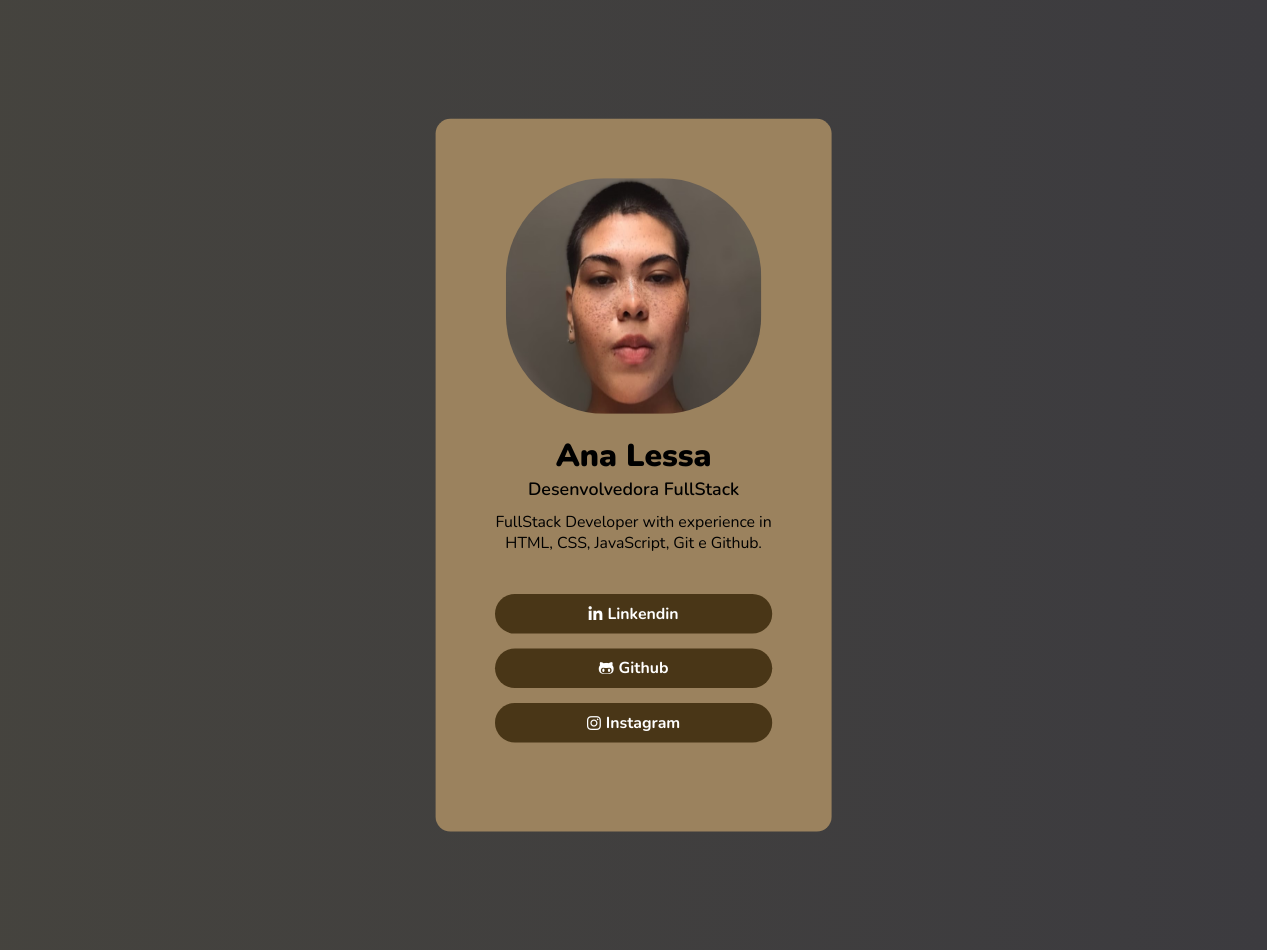
Repository: analessp/linktree
Page: index.html
The author's editor kept a copy of each file at every save. The page is drawn from the files as they stood at one save, then again after a run of saves.
The browser window is 1280 px wide. The pictures show the whole page, at 99% of full size.

Above is the page before, as saved 2025-04-11 11:34:54.

### index.html
<!DOCTYPE html>
<html lang="pt-BR">
<head>
    <meta charset="UTF-8">
    <meta name="viewport" content="width=device-width, initial-scale=1.0">
    <title>Linktree Ana Lessa</title>
    <link rel="stylesheet" href="style.css">
    <link rel="preconnect" href="https://fonts.googleapis.com">
    <link rel="preconnect" href="https://fonts.gstatic.com" crossorigin>
    <link href="https://fonts.googleapis.com/css2?family=Nunito:ital,wght@0,200..1000;1,200..1000&display=swap" rel="stylesheet">
    <link rel="stylesheet" href="https://cdnjs.cloudflare.com/ajax/libs/font-awesome/6.5.0/css/all.min.css">
</head>
<body>
    <div class="container-main">
    <div class="container-image">
        <img src="./assets/img.jpg" alt="Foto de Ana Lessa">
    </div>
    <div class="container-infos">
        <h1>Ana Lessa</h1>
        <h2>Desenvolvedora FullStack</h2>
    </div>
    <div class="container-easter-egg">
        <p>FullStack Developer with experience in HTML, CSS, JavaScript, Git e Github.</p>
    </div>
    <div class="container-social-links">
        <ul>
            <a href="https://www.linkedin.com/in/ana-lessa-2a312a253/" target="_blank">
            <li>
            <i class="fa-brands fa-linkedin-in"></i>
            <p>Linkendin</p>
            </li></a>
            <a href="https://github.com/analessp" target="_blank">
            <li>
            <i class="fa-brands fa-github-alt"></i>
            <p>Github</p>
            </li></a>
            <a href="https://www.instagram.com/analessp/" target="_blank">
            <li>
            <i class="fa-brands fa-instagram"></i>
            <p>Instagram</p>
            </li></a>
        </ul>
    </div>
    </div>
</body>
</html>

### style.css
* {
    font-family: "Nunito", sans-serif;
    margin: 0;
    padding: 0;
    box-sizing: border-box;
}

body {
    background: #3C3B3F;  /* fallback for old browsers */
background: -webkit-linear-gradient(to right, #605C3C, #3C3B3F);  /* Chrome 10-25, Safari 5.1-6 */
background: linear-gradient(to right, #605C3C, #3C3B3F); /* W3C, IE 10+/ Edge, Firefox 16+, Chrome 26+, Opera 12+, Safari 7+ */
animation: gradientShift 10s ease infinite;
    background-size: 400%;
}

@keyframes gradientShift {
    0% { background-position: 0% 50%; }
    50% { background-position: 100% 50%; }
    100% { background-position: 0% 50%; }
  }

.container-main {
    background-color: #9b825e;
    width: 400px;
    height: 720px;
    box-sizing: border-box;
    margin: 120px auto;
    padding: 60px;
    border-radius: 15px;
    text-align: center;
}

.container-image img{
        width: 258px;
        height: 238px;
        border-radius: 100px;
}

.container-infos {
margin-top: 15px;
margin-bottom: 10px;
}

.container-infos h1 {
    font-weight: 900;
}

.container-infos h2 {
    font-weight: 600;
    font-size: 18px;
}

.container-social-links ul {
    list-style: none;
}

.container-social-links a {
    text-decoration: none;
    color: #ffffff;
}

.container-social-links {
    margin-top: 40px;
}

.container-social-links li {
    display: flex;
    justify-content: center;
    gap: 5px;
    align-items: center;
    width: 280px;
    height: 40px;
    background-color: #493617;
    margin: 15px 0;
    border-radius: 20px;
    font-weight: 700;
    transform-origin: 0.6s%;

    &:hover {
        background-color: bisque (0, 0, 0);
        transform: scale(1.1);
    }
}

### css/style.css
@import url(./effects.css);

* {
    font-family: "Nunito", sans-serif;
    margin: 0;
    padding: 0;
    box-sizing: border-box;
}

body {
    background: #3C3B3F;  /* fallback for old browsers */
background: -webkit-linear-gradient(to right, #605C3C, #3C3B3F);  /* Chrome 10-25, Safari 5.1-6 */
background: linear-gradient(to right, #605C3C, #3C3B3F); /* W3C, IE 10+/ Edge, Firefox 16+, Chrome 26+, Opera 12+, Safari 7+ */
animation: gradientShift 10s ease infinite;
    background-size: 400%;
}

@keyframes gradientShift {
    0% { background-position: 0% 50%; }
    50% { background-position: 100% 50%; }
    100% { background-position: 0% 50%; }
  }

.container-main {
    background-color: #9b825e;
    width: 400px;
    height: 720px;
    box-sizing: border-box;
    margin: 120px auto;
    padding: 60px;
    border-radius: 15px;
    text-align: center;
}

.container-image img{
        width: 258px;
        height: 238px;
        border-radius: 100px;
}

.container-infos {
margin-top: 15px;
margin-bottom: 10px;
}

.container-infos h1 {
    font-weight: 900;
}

.container-infos h2 {
    font-weight: 600;
    font-size: 18px;
}

.container-social-links ul {
    list-style: none;
}

.container-social-links a {
    text-decoration: none;
    color: #ffffff;
}

.container-social-links {
    margin-top: 40px;
}

.container-social-links li {
    display: flex;
    justify-content: center;
    gap: 5px;
    align-items: center;
    width: 280px;
    height: 40px;
    background-color: #493617;
    margin: 15px 0;
    border-radius: 20px;
    font-weight: 700;
    transform-origin: 0.6s%;

    &:hover {
        background-color: bisque (0, 0, 0);
        transform: scale(1.1);
    }
}

After the next 2 saves:
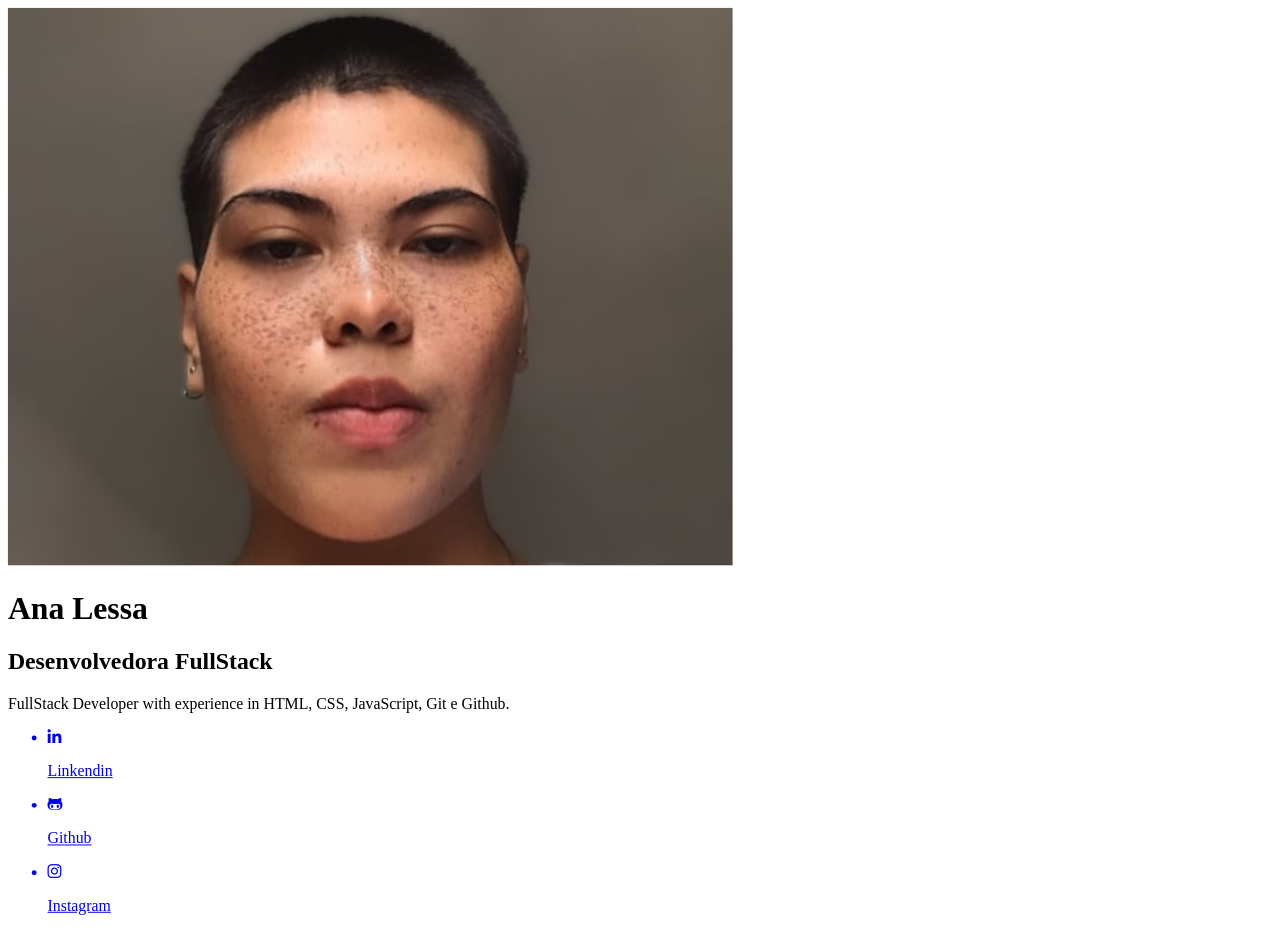
Not found: cssstyle.css
The 2 saves are shown as one change because they came seconds apart.
The last was saved 81 s later.
--- a/index.html
+++ b/index.html
@@ -4,7 +4,7 @@
     <meta charset="UTF-8">
     <meta name="viewport" content="width=device-width, initial-scale=1.0">
     <title>Linktree Ana Lessa</title>
-    <link rel="stylesheet" href="style.css">
+    <link rel="stylesheet" href="./cssstyle.css">
     <link rel="preconnect" href="https://fonts.googleapis.com">
     <link rel="preconnect" href="https://fonts.gstatic.com" crossorigin>
     <link href="https://fonts.googleapis.com/css2?family=Nunito:ital,wght@0,200..1000;1,200..1000&display=swap" rel="stylesheet">

After the 3 saves that followed:
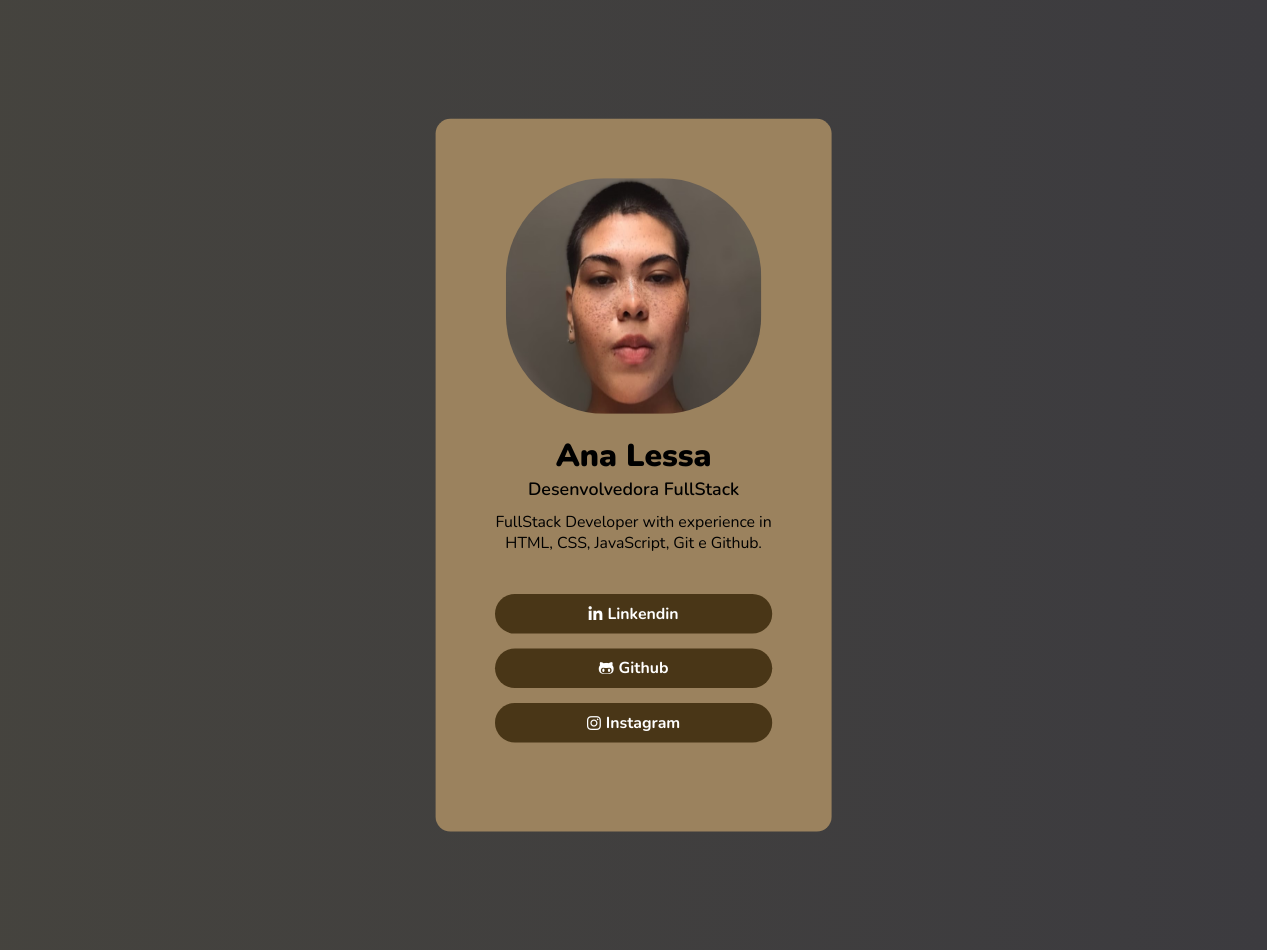
The 3 saves are shown as one change because 1 left the picture as it was and some came seconds apart.
The last was saved 26 s later.
--- a/index.html
+++ b/index.html
@@ -4,7 +4,7 @@
     <meta charset="UTF-8">
     <meta name="viewport" content="width=device-width, initial-scale=1.0">
     <title>Linktree Ana Lessa</title>
-    <link rel="stylesheet" href="./cssstyle.css">
+    <link rel="stylesheet" href="./css/style.css">
     <link rel="preconnect" href="https://fonts.googleapis.com">
     <link rel="preconnect" href="https://fonts.gstatic.com" crossorigin>
     <link href="https://fonts.googleapis.com/css2?family=Nunito:ital,wght@0,200..1000;1,200..1000&display=swap" rel="stylesheet">
